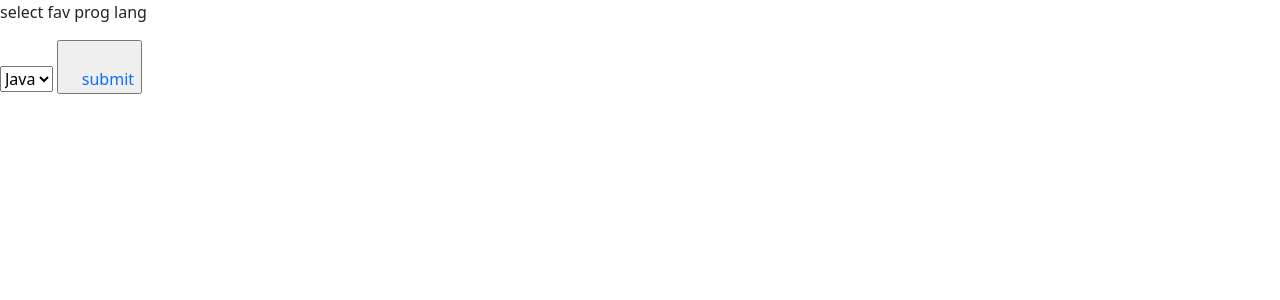
Repository: shivamaninalla/Bank-Application-JSP
Page: http://localhost/03-jsp-form2/cookie.jsp
These files come from the project's save history. The page is drawn as it stood at one moment and after the next save; the edit follows.
The browser window is 1280 px wide. The pictures show the whole page.
The page is served by Tomcat 9.

Above is the page before, as saved 2024-07-15 14:49:10.

After the next save:
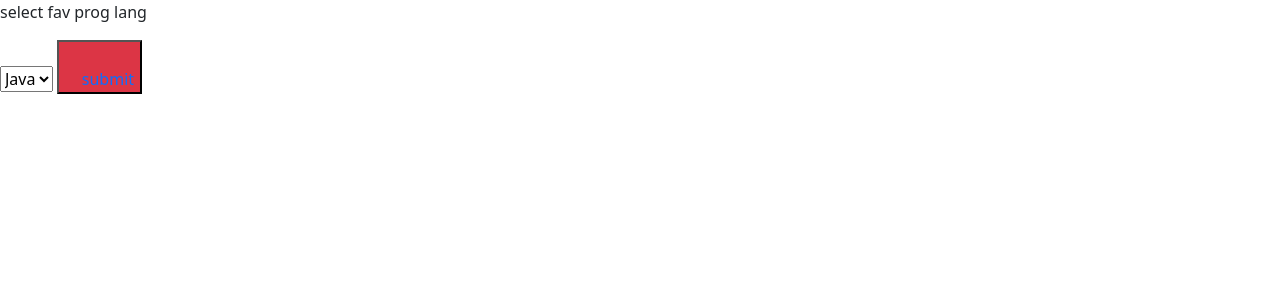
Saved 2 min 49 s later.
--- a/03-jsp-form2/WebContent/cookie.jsp
+++ b/03-jsp-form2/WebContent/cookie.jsp
@@ -16,7 +16,7 @@
       <option value="C++">C++</option>
       <option value="C">C</option>
     </select>
-    <input class="text-primary"type="submit" value="
+    <input class="text-primary bg-danger"type="submit" value="
     submit">
   </form>
 
